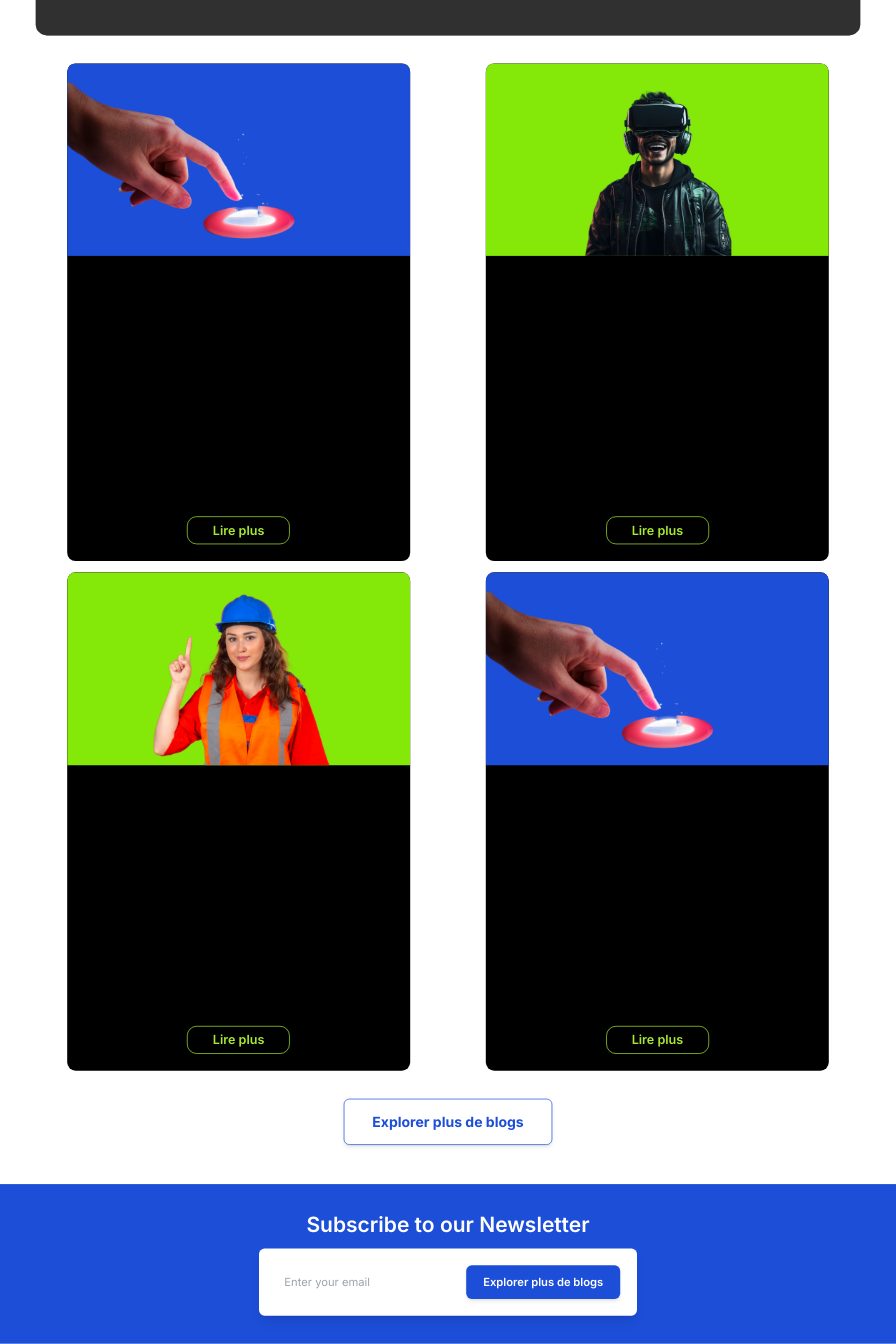
Repository: NassimeElkamari/test
Page: /blogs
These files come from the project's save history. The page is drawn as it stood at one moment and after the next save; the edit follows.
The browser window is 1280 px wide. The pictures show the part of the page from y = 601 to 2521 px (the page is 2521 px tall), at 70% of full size.
Pictures or frames that could not be fetched are drawn as grey boxes. The project was rebuilt for these pictures with package versions that can differ from the ones it lists, and the page was loaded fresh each time. The framework's server and built-in components were replaced by stand-ins that run in the browser. Also part of the build but not shown: next.config.mjs.

Above is the page before, as saved 2024-06-12 16:17:05.

After the next save:
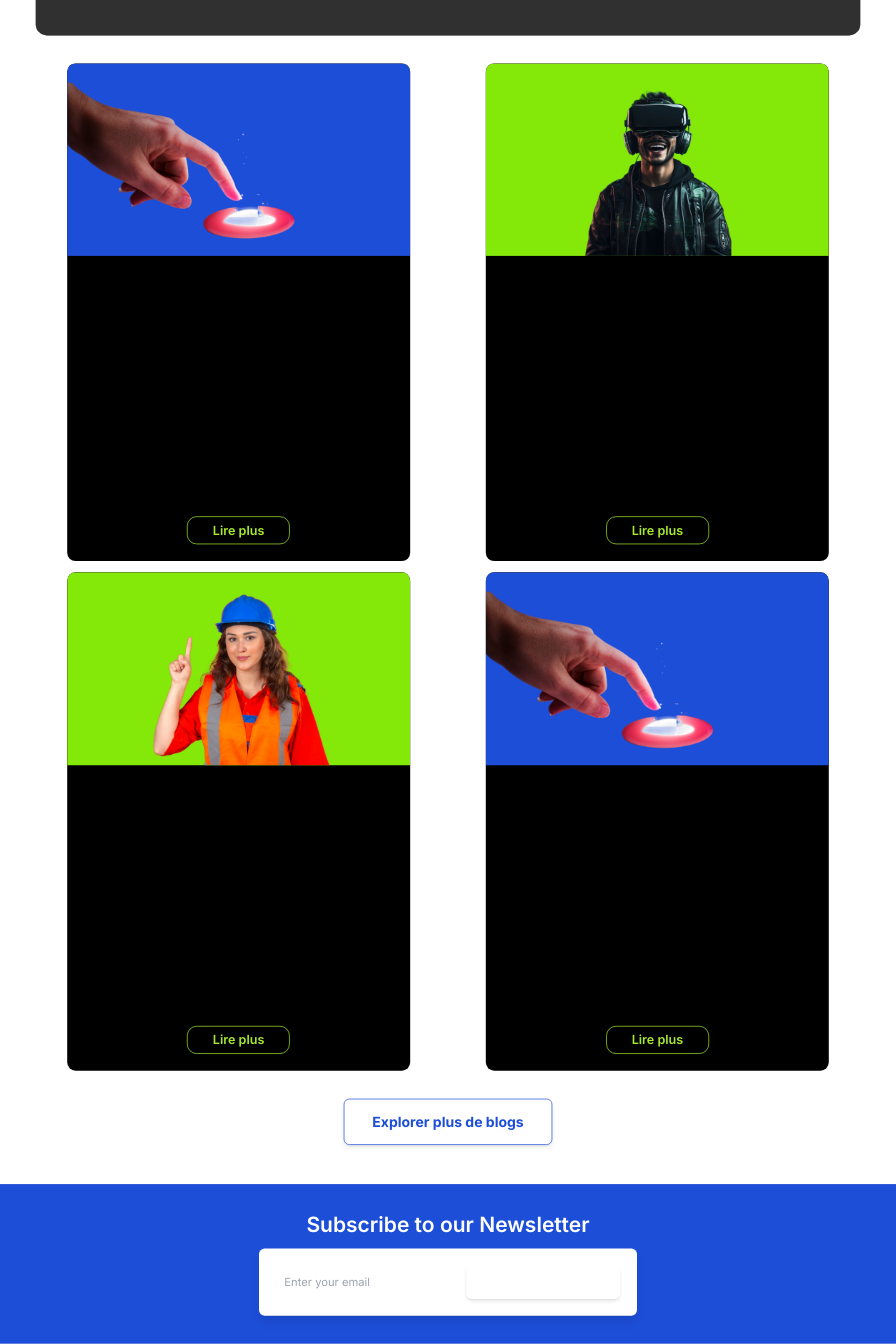
Saved 5 s later.
--- a/src/app/blogs/page.tsx
+++ b/src/app/blogs/page.tsx
@@ -74,7 +74,7 @@ const Blog = () => {
             placeholder="Enter your email"
             className="w-64 p-3 mb-4 sm:mb-0 sm:mr-4 rounded-lg focus:outline-none"
           />
-          <button className="bg-[#1D4ED8] text-white font-semibold py-3 px-6 rounded-lg shadow-md hover:bg-[#1B4DB8]">
+          <button className="bg-[#black] text-white font-semibold py-3 px-6 rounded-lg shadow-md hover:bg-[#1B4DB8]">
           Explorer plus de blogs
           </button>
         </div>
